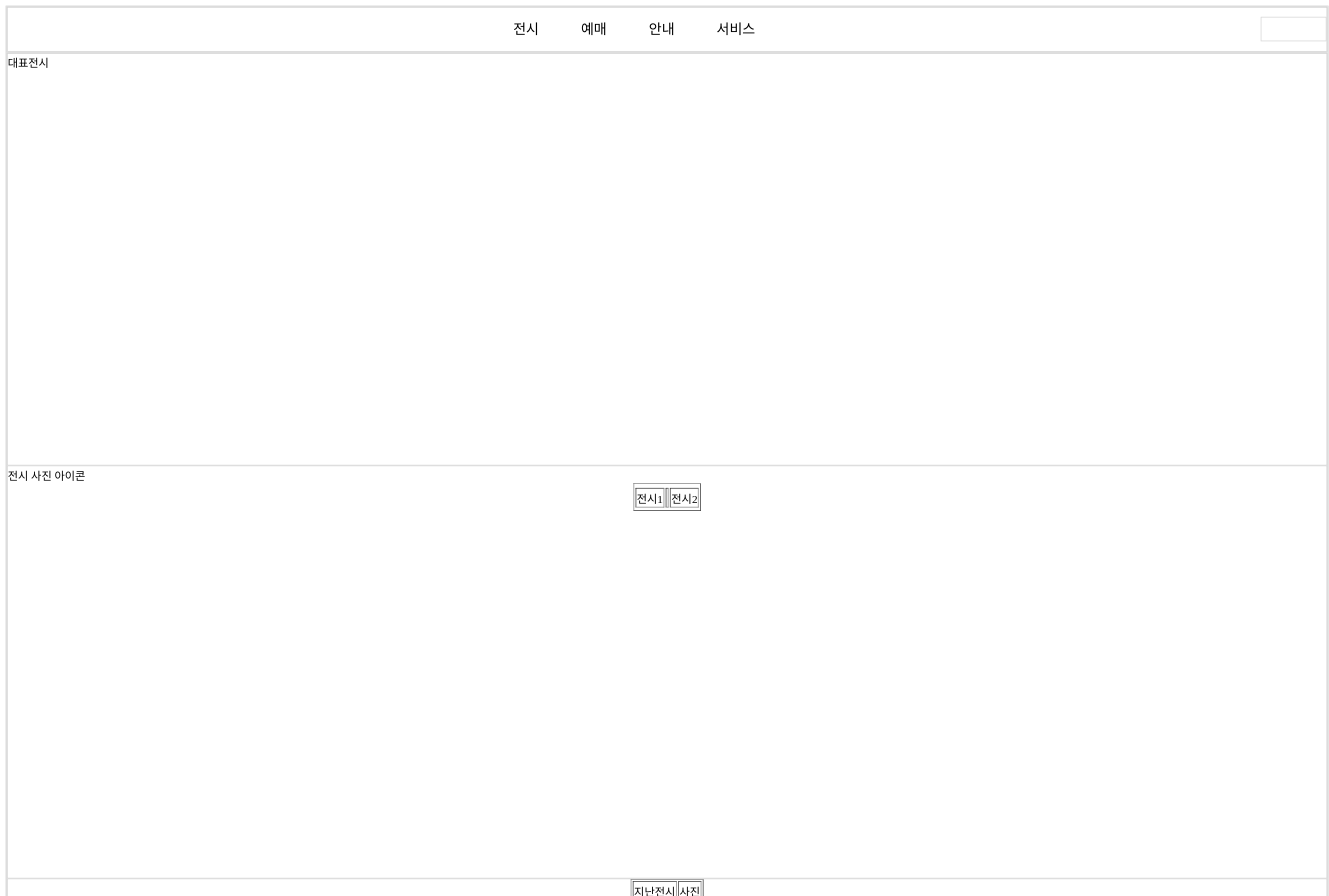
Repository: pshysd/SEMI_PROJECT
Page: http://localhost/JVArtCenter/
The author's editor kept a copy of each file at every save. The page is drawn from the files as they stood at one save, then again after the next save.
The browser window is 1280 px wide. The page is 1898 px wide, then 1280 px, so the pictures cover 1898 px, including what lies to the right of the window. The pictures show the part of the page from y = 0 to 1280 px (the page is 3296 px tall), at 70% of full size.
The page is served by Tomcat 9. Nobody is signed in. The application's start-up code is not run. Other server files are loaded and not shown.

Above is the page before, as saved 2022-10-21 11:15:13.

### JVArtCenter/WebContent/index.jsp
<%@ page language="java" contentType="text/html; charset=UTF-8"
    pageEncoding="UTF-8"%>
<%
	String contextPath = request.getContextPath();
%>
<!DOCTYPE html>
<html>
<head>
<meta charset="UTF-8">
<title>JV Art Center</title>
<style>
      .wrap {
        width: 1890px;
        height: 3280px;
      }

      div {
        border: 1px solid lightgray;
        box-sizing: border-box;
      }

      #header {
        height: 2%;
      }

      #body {
        margin: 0;
        font-family: "Nanum Gothic Coding", monospace;
      }

      a {
        text-decoration: none;
        color: black;
      }

      #search,
      #user,
      #calender {
        padding: 10px 12px;
      }

      #navbar {
        display: flex;
        justify-content: space-between;
        align-items: center;
        box-sizing: border-box;
        height: 100%;
      }

      #navbar_menu a {
        display: block;
        line-height: 35px;
      }

      #navbar_icons {
        font-size: 20px;
        display: flex;
        padding: 5px 10px;
      }

      #navbar_menu {
        display: flex;
        list-style: none;
        padding-left: 0;
        font-size: large;
        position: relative;
      }

      #navbar_menu > li {
        padding: 5px 30px;
        font-size: 20px;
        position: static;
      }

      #navbar_logo {
        list-style: none;
        padding: 0px;
      }

      /* 서브메뉴를 담당하는 ul 태그에 대한 스타일 */
      #navbar_menu > li > ul {
        list-style-type: none;
        padding: 0px;
        display: none; /* 평소에는 안보여주다가 마우스가 올라가는 순간 보여지게끔 */
        position: absolute;
      }

      /* 메인메뉴에 마우스가 올라가는 순간 서브메뉴가 펼쳐져서 보이게끔 */
      #navbar_menu > li > a:hover + ul {
        display: block; /* 메인메뉴에만 마우스가 올라갔을때만 유지됨 */
        background-color: beige;
      }

      /* 서브메뉴에도 마우스가 올라갈 때 펼쳐진게 유지될 수 있게끔 */
      #navbar_menu > li > ul:hover {
        display: block;
        background-color: beige;
      }

      /* 서브메뉴 글씨만 좀 더 작게 보이게끔 */
      #navbar_menu > li > ul a {
        font-size: 15px;
      }

      #navbar_menu > li > ul a:hover {
        font-size: 18px;
      }

      #content {
        height: 90%;
      }

      #main-content1,
      #main-content2,
      #main-content3,
      #main-content4,
      #main-content5 {
        height: 20%;
      }

      #footer {
        height: 8%;
        background-color: black;
        color: white;
      }

      #footer > p {
        padding: 10px;
        box-sizing: border-box;
      }

      #footer_etc {
        padding: 10px;
      }

      #footer_etc a {
        text-decoration: none;
        color: white;
      }
    </style>
</head>
<body>
    <div class="wrap">
      <div id="header">
        <!--헤더영역-->

        <div id="navbar">
          <ul id="navbar_logo">
            <li>
              <a href=""><img src=""></a>
            </li>
          </ul>

          <ul id="navbar_menu">
            <li>
              <a href="">전시</a>
              <ul>
                <li><a href="">현재전시</a></li>
                <li><a href="">지난전시</a></li>
                <li><a href="">오픈예정</a></li>
              </ul>
            </li>
            <li>
              <a href="<%= contextPath %>/step1.rsv">예매</a>
              <ul>
                <li><a href="">전시예매</a></li>
              </ul>
            </li>
            <li>
              <a href="">안내</a>
              <ul>
                <li><a href="">JV소개</a></li>
                <li><a href="">전시관 안내</a></li>
              </ul>
            </li>
            <li>
              <a href="">서비스</a>
              <ul>
                <li><a href="">공지사항</a></li>
                <li><a href="">FAQ</a></li>
                <li><a href="">1:1문의</a></li>
                <li><a href="">뉴스레터</a></li>
              </ul>
            </li>
          </ul>
          <div id="navbar_icons">
            <a href=""
              ><i id="search" class="fa-solid fa-magnifying-glass"></i
            ></a>
            <a href=""
              ><i id="calender" class="fa-regular fa-calendar-days"></i
            ></a>
            <a href=""><i id="user" class="fa-regular fa-user"></i></a>
          </div>
        </div>
      </div>

      <div id="content">
        <div id="main-content1">대표전시</div>

        <div id="main-content2">
          <table border="1" style="margin: auto">
            <tr id="table2">
              전시
            </tr>
            <tr></tr>
            <tr id="table3">
              사진
              <td>전시1</td>
              <td></td>
              <td>전시2</td>
            </tr>
            <tr table="table4">
              아이콘
            </tr>
          </table>
        </div>

        <div id="main-content3">
          <table border="1" style="margin: auto">
            <tr>
              <td>지난전시</td>
              <td>사진</td>
            </tr>
            <tr>
              <td>오픈예정</td>
              <td>사진</td>
            </tr>
          </table>
        </div>
        <div id="main-content4">
          <table border="1" style="margin: auto">
            <tr>
              <td colspan="3">뉴스레터</td>
            </tr>
            <tr>
              <td>사진</td>
              <td>왼쪽사진1</td>
              <td>왼쪽사진2</td>
            </tr>
            <tr>
              <td>제목</td>
              <td rowspan="2">사진3</td>
              <td rowspan="2">사진4</td>
            </tr>
            <tr>
              <td>내용</td>
            </tr>
          </table>
        </div>

        <div id="main-content5">
          <table border="1" style="margin: auto">
            <tr>
              <td>공간</td>
              <td>공지사항</td>
              <td>더보기</td>
            </tr>
            <tr>
              <td rowspan="2">공간내용</td>
              <td colspan="2">공지사항1</td>
            </tr>
            <tr>
              <td colspan="2">공지사항2</td>
            </tr>
            <tr>
              <td>더보기</td>
              <td colspan="2">공지사항3</td>
            </tr>
          </table>
        </div>
      </div>

      <div id="footer">
        <!--푸터-->
        <div id="footer_etc">
          <a href="">개인정보처리방침</a> |
          <a href="">이용약관</a>
        </div>
        <p>
            JV 아트센터<br />
            서울특별시 영등포구 선유동2로 57 이레빌딩(구관) 19F, 20F<br /><br />

            Tel 1544-9970<br />

            © 2022 KH Arts Center All right reserved.
        </p>
      </div>
    </div>
  </body>
</html>

After the next save:
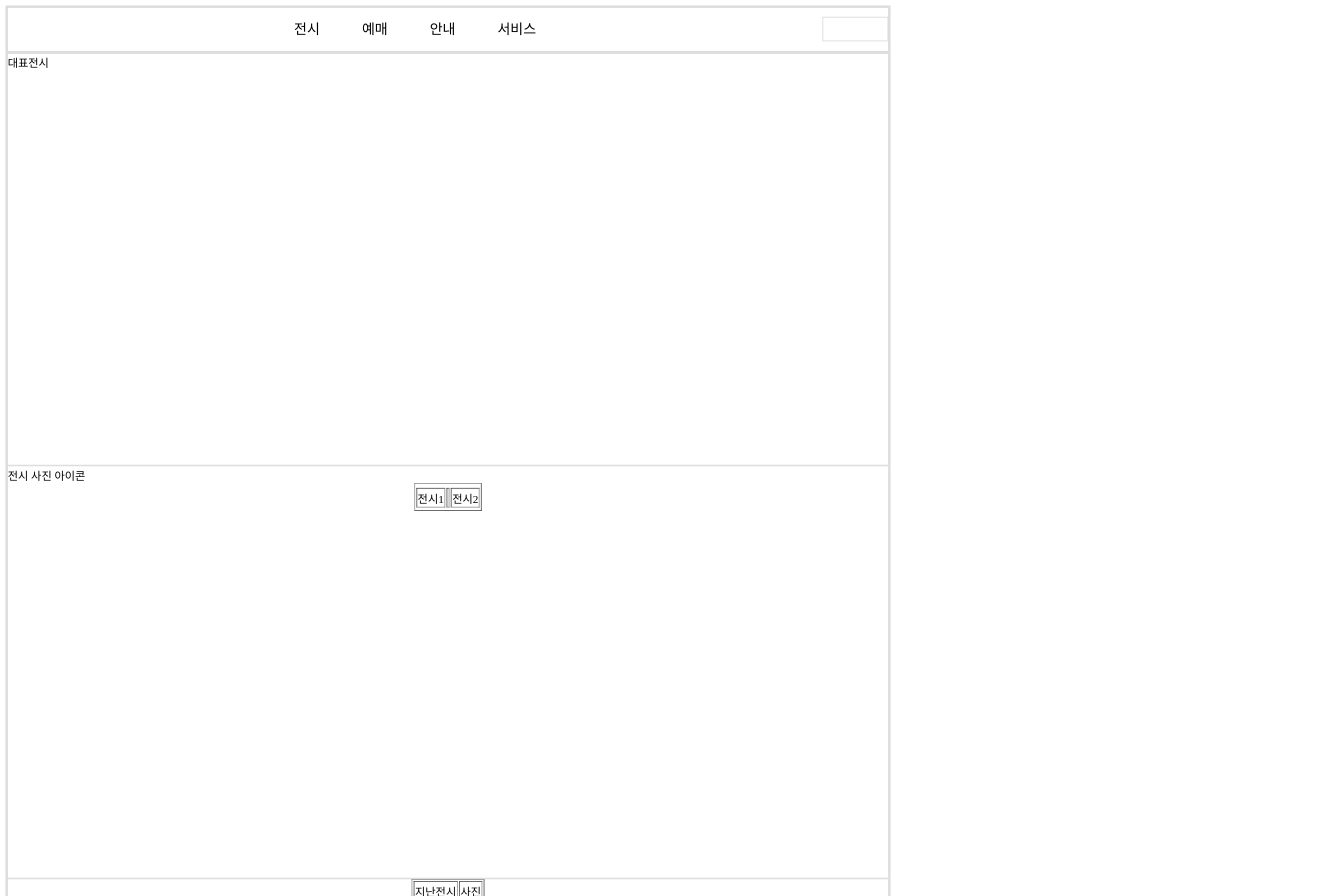
Saved 2 min 15 s later.
--- a/JVArtCenter/WebContent/index.jsp
+++ b/JVArtCenter/WebContent/index.jsp
@@ -10,7 +10,6 @@
 <title>JV Art Center</title>
 <style>
       .wrap {
-        width: 1890px;
         height: 3280px;
       }
 
